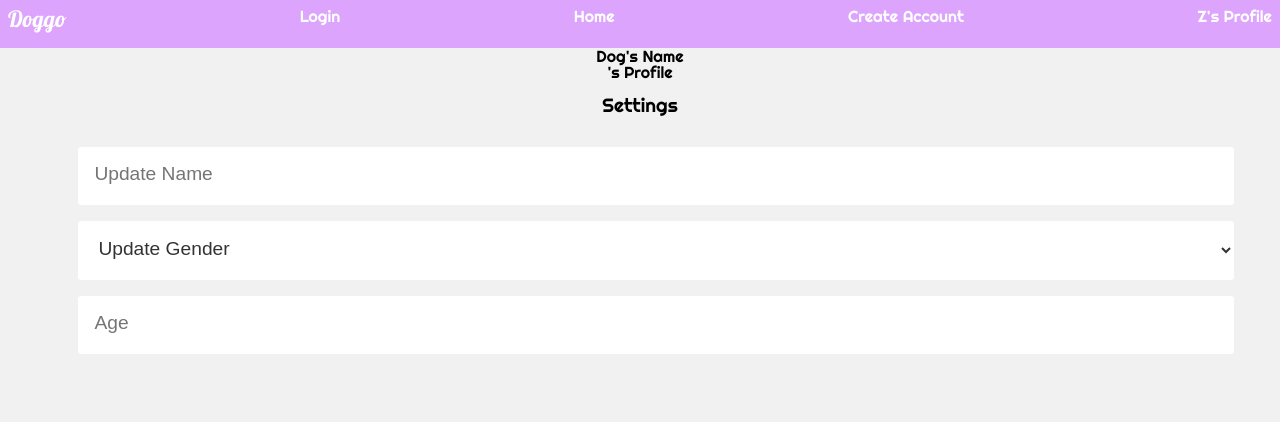
Repository: rh1456/capstone
Page: /5
The author's editor kept a copy of each file at every save. The page is drawn from the files as they stood at one save, then again after the next save.
The browser window is 1280 px wide. The pictures show the whole page.
Some web libraries are served in a nearby version. The project was rebuilt for these pictures with package versions that can differ from the ones it lists, and the page was loaded fresh each time. Also part of the build but not shown: src/pages/MainPage.jsx, src/pages/CreateAccount.jsx, src/pages/DoggoLandingPage.jsx, src/pages/DogProfile.jsx, src/pages/PlayDateForm.jsx.

Above is the page before, as saved 2020-01-11 18:54:24.

### public/index.html
<!DOCTYPE html>
<html lang="en">
  <head>
    <meta charset="utf-8" />
    <link rel="shortcut icon" href="%PUBLIC_URL%/favicon.ico" />
    <meta
      name="viewport"
      content="width=device-width, initial-scale=1, shrink-to-fit=no"
    />
    <meta name="theme-color" content="#000000" />
    <!--
      manifest.json provides metadata used when your web app is added to the
      homescreen on Android. See https://developers.google.com/web/fundamentals/web-app-manifest/
    -->
    <link rel="manifest" href="%PUBLIC_URL%/manifest.json" />
    <!--
      Notice the use of %PUBLIC_URL% in the tags above.
      It will be replaced with the URL of the `public` folder during the build.
      Only files inside the `public` folder can be referenced from the HTML.

      Unlike "/favicon.ico" or "favicon.ico", "%PUBLIC_URL%/favicon.ico" will
      work correctly both with client-side routing and a non-root public URL.
      Learn how to configure a non-root public URL by running `npm run build`.
    -->
    <link
      href="https://fonts.googleapis.com/css?family=Pacifico|Permanent+Marker|Righteous|Roboto&display=swap"
      rel="stylesheet"
    />
    <link
      href="https://fonts.googleapis.com/css?family=Lobster&display=swap"
      rel="stylesheet"
    />
    <script
      src="https://kit.fontawesome.com/d7373701d1.js"
      crossorigin="anonymous"
    ></script>
    <title>Capstone</title>
  </head>
  <body>
    <noscript>
      You need to enable JavaScript to run this app.
    </noscript>
    <div id="root"></div>
    <!--
      This HTML file is a template.
      If you open it directly in the browser, you will see an empty page.

      You can add webfonts, meta tags, or analytics to this file.
      The build step will place the bundled scripts into the <body> tag.

      To begin the development, run `npm start` or `yarn start`.
      To create a production bundle, use `npm run build` or `yarn build`.
    -->
  </body>
</html>

### src/index.js
import React from 'react'
import ReactDOM from 'react-dom'
import './index.css'
// import './styles.scss'
import App from './App'

ReactDOM.render(<App />, document.getElementById('root'))

### src/index.css
@media (min-width: 320px) and (max-width: 480px) {
  :root {
    font: 16px / 1 sans-serif;
  }

  html {
    height: 100%;
  }
  body {
    margin: 0;
    min-height: 100%;
    background-color: #f1f1f1;
    font-family: 'Righteous', cursive;
  }
  .nav-bar-ul {
    display: flex;
    flex-direction: row;
    justify-content: space-between;
    margin: 0;
    height: 3rem;
    background-color: #dca4fc;
    padding: 0;
  }
  .main-nav-li {
    list-style: none;
    padding: 0.5rem;
    color: white;
  }
  .nav-logo {
    font-size: 1.4rem;
    font-family: 'Lobster', cursive;
  }
  .Nav-link {
    color: white;
    text-decoration: none;
  }
  /* Dog profile Stylings */
  .dog-profile-image {
    display: flex;
    justify-content: center;
    /* border-bottom: solid lightgrey; */
  }
  .before-div {
    border: solid black;
    display: block;
    height: 18px;
    border-radius: 50% 50% 0 0;

    bottom: calc(100% - 10px);
    right: -5px;
    left: -5px;
    background-color: blue;
  }
  .profile-image {
    height: 12rem;
    width: 8rem;
    margin: 0;
    border-radius: 8px;
    margin: 0.7rem;
  }
  .profile-about {
    display: flex;
    flex-direction: column;
    height: 5rem;
    font-size: 0.7rem;
  }
  .profile-about h1 {
    align-self: center;
  }
  .profile-about span {
    align-self: center;
    padding: 0.1rem;
  }
  .in-between {
    border-top: solid lightgrey;
    border-bottom: solid lightgrey;
    height: 3rem;
    display: flex;
    justify-content: center;
  }
  .main-about {
    border-bottom: solid lightgrey;
  }
  .profile-logo {
    margin: 0.5rem;
    height: 2rem;
    width: auto;
  }
  .meet {
    display: flex;
    flex-direction: column;
  }
  .meet h1 {
    align-self: center;
  }
  .meet p {
    padding: 1rem;
    font-size: 0.9rem;
    align-self: center;
  }
  .small-pro-pic {
    align-self: center;
    height: 4rem;
    width: auto;
    border: 2px solid black;
    border-radius: 50%;
    margin-top: 0.8rem;
  }
  .match-button {
    align-self: center;
    background-color: purple;
    height: 1.8rem;
    width: 8rem;
    border-radius: 25px;
    border: 3px solid black;
    color: white;
  }
  .playdate-link {
    color: white;
    text-decoration: none;
  }

  /* Dog Landing Stylings */
  .doggo-landing-body {
    margin: 0;
    min-height: 100%;
    background-color: #f1f1f1;
    font-family: 'Righteous', cursive;
  }
  .landing-page-logo {
    display: flex;
    justify-content: center;
    align-content: center;
    flex-direction: column;
  }
  .doggo-logo {
    height: 180px;
    width: 238px;
    align-self: center;
  }
  .doggo-text-section {
    padding-top: 2rem;
    padding-bottom: 2rem;
  }
  .doggo-text {
    display: flex;
    justify-content: center;
    align-content: center;
    font-size: 2rem;
    font-family: 'Lobster', cursive;
  }

  .landing-button {
    display: flex;
    justify-content: center;
    align-content: center;
  }
  .create-account {
    background-color: purple;
    height: 3rem;
    width: 15rem;
    border-radius: 25px;
    border: 3px solid black;
    color: white;
    font-family: 'Roboto', sans-serif;
  }
  .create-account-link {
    color: white;
    text-decoration: none;
    font-style: bold;
  }
  .existing-users {
    display: flex;
    padding-top: 3rem;
    justify-content: center;
    align-content: center;
  }
  /* Create Account Stylings */
  .create-account-div {
    display: flex;
    flex-direction: column;
    font-size: 2rem;
  }
  .submit-account {
    margin-top: 1rem;
    align-self: center;
    background-color: purple;
    height: 1.8rem;
    width: 8rem;
    border-radius: 25px;
    border: 3px solid black;
    color: white;
  }
  .existing-users-link {
    font-style: italic;
    text-decoration: none;
  }

  /* Newsfeed Stylings */
  .h1-container {
    display: flex;
    justify-content: center;
    font-size: 0.8rem;
    color: purple;
    height: 1rem;
    font-family: 'Lobster', cursive;
  }
  .newsfeed-header {
    display: flex;
    flex-direction: row;
    flex-wrap: nowrap;
    align-items: stretch;
    overflow-x: auto;
    overflow-y: hidden;
    border-bottom: solid lightgrey;
    height: 8rem;
  }
  .friend-card {
    border: solid black;
    align-self: center;
    margin: 1rem 3rem;
    padding-left: 0.8rem;
    padding-right: 0.8rem;
    border-radius: 0.5rem;
    flex-basis: 33.33%;
    flex-grow: 0;
    flex-shrink: 0;
    height: 4.7rem;
    /* width: 1rem; */
  }

  .welcome-user-message {
    display: flex;
    justify-content: center;
    font-size: 0.7rem;
    border-bottom: solid lightgrey;
  }
  .newsfeed-parent {
    display: flex;
    /* align-items: center; */
    flex-direction: column;
    margin: 1rem;
  }
  .newsfeed {
    /* align-items: stretch; */
    /* display: flex;
    flex-direction: column;
    flex-wrap: nowrap; */
    /* display: flex;
    justify-content: center; */
    width: 300px;
    height: 500px;
    overflow-y: scroll;
    overflow-x: hidden;
  }
  .card {
    max-width: 33.33%;
    padding: 0.75rem;
    margin-bottom: 2rem;
    border: 0;
    /* flex-basis: 33.33%;
    flex-grow: 0;
    flex-shrink: 0; */
  }
  .newsfeed-nav-ul {
    display: flex;
    flex-direction: row;
    font-size: smaller;
    font-style: italic;
    margin: 0rem;
    height: 2rem;
  }
  .newsfeed-nav-li {
    list-style: none;
    margin: 0;
    padding: 1rem;
  }
  .settings-link {
    text-decoration: none;
    color: black;
  }
  .mapbox {
    align-self: center;
    border: solid black;
    height: 6rem;
    width: 6rem;
  }
  /* Playdate form stylings  */

  .playdate-header {
    display: flex;
    justify-content: center;
    margin: 1.5rem;
  }
  .playdate-main {
    display: flex;
    flex-direction: column;
  }
  .playdate-input {
    align-self: center;
    margin: 0.5rem;
  }
  .form-date-submit-button {
    margin-top: 1rem;
    align-self: center;
    background-color: purple;
    height: 1.8rem;
    width: 8rem;
    border-radius: 25px;
    border: 3px solid black;
    color: white;
  }
  /* //Profile setting styling// */
}

/* End of mobile query  */

:root {
  font: 16px / 1 sans-serif;
}

html {
  height: 100%;
}
body {
  margin: 0;
  min-height: 100%;
  background-color: #f1f1f1;
  font-family: 'Righteous', cursive;
}
.nav-bar-ul {
  display: flex;
  flex-direction: row;
  justify-content: space-between;
  margin: 0;
  height: 3rem;
  background-color: #dca4fc;
  padding: 0;
}
.main-nav-li {
  list-style: none;
  padding: 0.5rem;
  color: white;
}
.nav-logo {
  padding: 0.5rem;
  color: white;
  font-size: 1.4rem;
  font-family: 'Lobster', cursive;
}
.Nav-link {
  color: white;
  text-decoration: none;
}
/* Dog profile Stylings */
.dog-profile-image {
  display: flex;
  justify-content: center;
  /* border-bottom: solid lightgrey; */
}
.before-div {
  border: solid black;
  display: block;
  height: 18px;
  border-radius: 50% 50% 0 0;

  bottom: calc(100% - 10px);
  right: -5px;
  left: -5px;
  background-color: blue;
}
.profile-image {
  height: 12rem;
  width: 8rem;
  margin: 0;
  border-radius: 8px;
  margin: 0.7rem;
}
.profile-about {
  display: flex;
  flex-direction: column;
  height: 5rem;
  font-size: 0.7rem;
}
.profile-about h1 {
  align-self: center;
}
.profile-about span {
  align-self: center;
  padding: 0.1rem;
}
.in-between {
  border-top: solid lightgrey;
  border-bottom: solid lightgrey;
  height: 3rem;
  display: flex;
  justify-content: center;
}
.main-about {
  border-bottom: solid lightgrey;
}
.profile-logo {
  margin: 0.5rem;
  height: 2rem;
  width: auto;
}
.meet {
  display: flex;
  flex-direction: column;
}
.meet h1 {
  align-self: center;
}
.meet p {
  padding: 1rem;
  font-size: 0.9rem;
  align-self: center;
}
.small-pro-pic {
  align-self: center;
  height: 4rem;
  width: auto;
  border: 2px solid black;
  border-radius: 50%;
  margin-top: 0.8rem;
}
.match-button {
  align-self: center;
  background-color: purple;
  height: 1.8rem;
  width: 8rem;
  border-radius: 25px;
  border: 3px solid black;
  color: white;
}

/* Dog Landing Stylings */
.doggo-landing-body {
  margin: 0;
  min-height: 100%;
  background-color: #f1f1f1;
  font-family: 'Righteous', cursive;
}
.landing-page-logo {
  display: flex;
  justify-content: center;
  align-content: center;
  flex-direction: column;
}
.doggo-logo {
  height: 180px;
  width: 238px;
  align-self: center;
}
.doggo-text-section {
  padding-top: 2rem;
  padding-bottom: 2rem;
}
.doggo-text {
  display: flex;
  justify-content: center;
  align-content: center;
  font-size: 2rem;
}

.landing-button {
  display: flex;
  justify-content: center;
  align-content: center;
}
.create-account {
  background-color: purple;
  height: 3rem;
  width: 15rem;
  border-radius: 25px;
  border: 3px solid black;
  color: white;
  font-family: 'Roboto', sans-serif;
}
.existing-users {
  display: flex;
  padding-top: 3rem;
  justify-content: center;
  align-content: center;
}
/* Create Account Stylings */
.create-account-div {
  display: flex;
  flex-direction: column;
  font-size: 2rem;
}
.submit-account {
  margin-top: 1rem;
  align-self: center;
  background-color: purple;
  height: 1.8rem;
  width: 8rem;
  border-radius: 25px;
  border: 3px solid black;
  color: white;
}

/* Newsfeed Stylings */
.h1-container {
  display: flex;
  justify-content: center;
  font-size: 0.8rem;
  color: purple;
  height: 1rem;
  font-family: 'Lobster', cursive;
}
.newsfeed-header {
  display: flex;
  flex-direction: row;
  flex-wrap: nowrap;
  align-items: stretch;
  overflow-x: auto;
  overflow-y: hidden;
  border-bottom: solid lightgrey;
  height: 8rem;
}
.friend-card {
  border: solid black;
  align-self: center;
  margin: 1rem 3rem;
  padding-left: 0.8rem;
  padding-right: 0.8rem;
  border-radius: 0.5rem;
  flex-basis: 33.33%;
  flex-grow: 0;
  flex-shrink: 0;
  height: 4.7rem;
  width: 1rem;
}
/* .feed-head-left-button,
  .feed-head-right-button {
    display: flex;
    justify-content: center;
    align-content: center;
    color: white;
    font-size: 2rem;
    width: 2.5rem;
    margin: 4rem 0rem;
    background-color: purple;
    border: none;
  }
  .feed-head-left-button {
    border-radius: 0rem 1rem 1rem 0rem;
  }
  .feed-head-right-button {
    border-radius: 1rem 0rem 0rem 1rem;
  }  */
.welcome-user-message {
  display: flex;
  justify-content: center;
  font-size: 0.7rem;
  border-bottom: solid lightgrey;
}
.newsfeed-parent {
  display: flex;
  justify-content: center;
  align-content: center;
}
.newsfeed {
  align-items: stretch;
  display: flex;
  flex-direction: column;
  flex-wrap: nowrap;
  display: flex;
  justify-content: center;
  width: 120px;
  height: 400px;
  overflow-y: scroll;
  overflow-x: hidden;
}
.card {
  max-width: 33.33%;
  padding: 0.75rem;
  margin-bottom: 2rem;
  border: 0;
  /* flex-basis: 33.33%;
    flex-grow: 0;
    flex-shrink: 0; */
}

### src/App.jsx
import React from 'react'
import { BrowserRouter as Router, Link, Route, Switch } from 'react-router-dom'
import MainPage from './pages/MainPage'
import DoggoLandingPage from './pages/DoggoLandingPage'
import CreateAccount from './pages/CreateAccount'
import DogProfile from './pages/DogProfile'
import PlayDateForm from './pages/PlayDateForm'
import ProfileSettings from './pages/ProfileSettings'
const App = () => {
  return (
    <Router>
      <header>
        <nav>
          <ul className="nav-bar-ul">
            <li className="nav-logo">Doggo</li>
            <li className="main-nav-li">
              <Link className="Nav-link" to="/">
                Login
              </Link>
            </li>
            <li className="main-nav-li">
              <Link className="Nav-link" to="/1">
                Home
              </Link>
            </li>
            <li className="main-nav-li">
              <Link className="Nav-link" to="/2">
                Create Account
              </Link>
            </li>
            <li className="main-nav-li">
              <Link className="Nav-link" to="/3">
                Z's Profile
              </Link>
            </li>
          </ul>
        </nav>
      </header>
      <Switch>
        <Route exact path="/" component={DoggoLandingPage}></Route>
        <Route exact path="/1" component={MainPage}></Route>
        <Route exact path="/2" component={CreateAccount}></Route>
        <Route path="/3" component={DogProfile}></Route>
        <Route path="/4" component={PlayDateForm}></Route>
        <Route path="/5" component={ProfileSettings}></Route>
      </Switch>
    </Router>
  )
}

export default App

### src/pages/ProfileSettings.jsx
import React from 'react'
import './profileSettings.css'

const ProfileSettings = () => {
  return (
    <>
      <header className="setting-header">
        <span>Dog's Name</span>'s Profile
        <p className="settings-p">Settings</p>
      </header>
      <div className="profile-settings-container">
        <section className="update-account-details">
          <label className="update-label" htmlFor="dogs-name">
            {/* Update Name */}
          </label>
          <input
            className="basic-slide"
            type="text"
            placeholder="Update Name"
          ></input>
        </section>
        <section className="update-account-details">
          <label className="update-label" htmlFor="gender">
            {/* Update Gender */}
          </label>
          <select
            placeholder="Update Gender"
            className="basic-slide"
            type="text"
          >
            <option value="">Update Gender</option>
            <option value="male">Male</option>
            <option value="female">Female</option>
          </select>
        </section>
        <section className="update-account-details">
          <label className="update-label" htmlFor="Age">
            {/* Age */}
          </label>
          <input
            placeholder="Age"
            className="basic-slide"
            type="number"
          ></input>
        </section>
      </div>
    </>
  )
}

export default ProfileSettings

### src/pages/profileSettings.css
*,
*::after,
*::before {
  margin: 0;
  padding: 0;
  box-sizing: inherit;
  font-size: 62, 5%;
}
.update-account-details {
  display: flex;
  margin: 1rem;
  justify-content: center;
  align-items: center;
  /* height: 100vh; */
  color: black;
}

.update-label {
  font-size: 1.2rem;
  margin-left: 2rem;
  margin-top: 0.7rem;

  display: block;
  transition: all 0.3s;
  transform: translateY(0rem);
}
.basic-slide {
  color: #333;
  font-size: 1.2rem;
  margin: 0 auto;
  padding: 1rem;
  border-radius: 0.2rem;
  background-color: rgb(255, 255, 255);
  border: none;
  width: 90%;
  display: block;
  border-bottom: 0.3rem solid transparent;
  transition: all 0.3s;
}
.basic-slide:placeholder-shown + .update-label {
  opacity: 0;
  visibility: hidden;
  -webkit-transform: translateY(-4rem);
  transform: translateY(-4rem);
}
.setting-header {
  display: flex;
  justify-content: center;
  align-items: center;
  flex-direction: column;
}
.settings-p {
  font-size: larger;
  margin: 1rem;
}

After the next save:
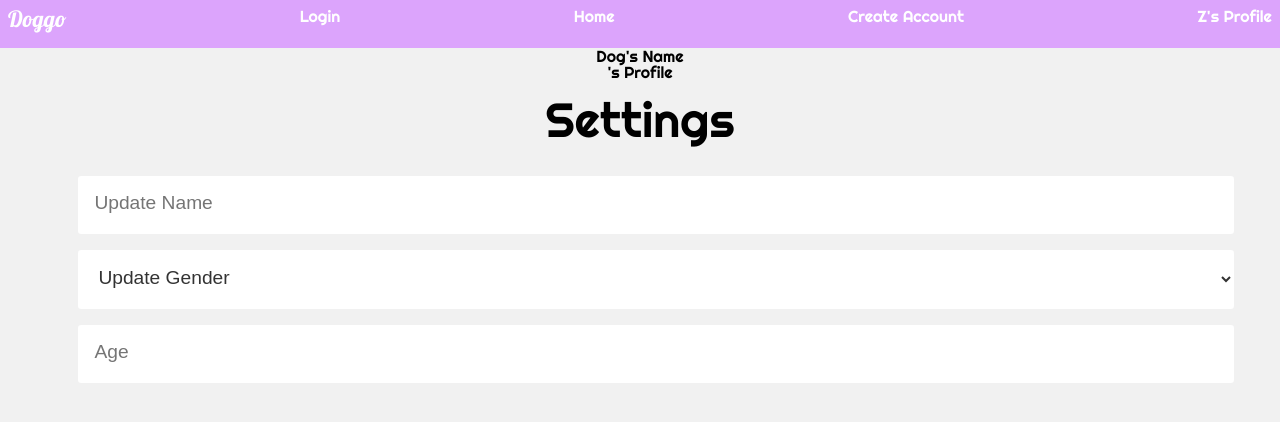
Saved 4 s later.
--- a/src/pages/profileSettings.css
+++ b/src/pages/profileSettings.css
@@ -50,6 +50,6 @@
   flex-direction: column;
 }
 .settings-p {
-  font-size: larger;
+  font-size: 3rem;
   margin: 1rem;
 }
